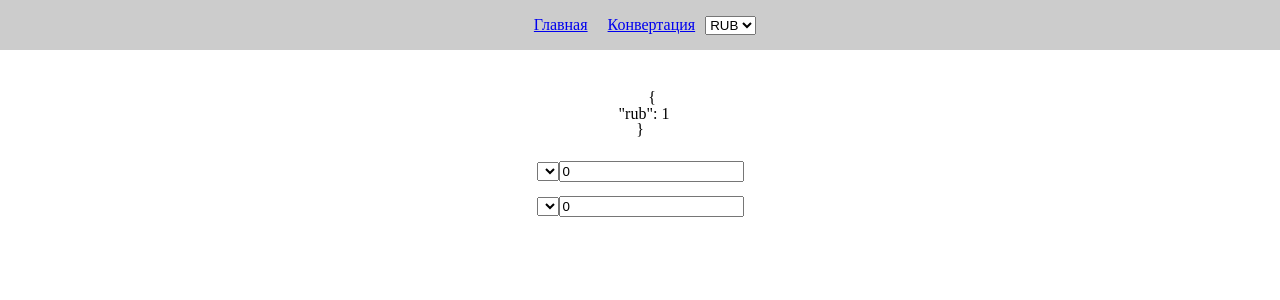
Repository: Friend689/vite-vue-currency-conversion
Page: /convert
The author's editor kept a copy of each file at every save. The page is drawn from the files as they stood at one save, then again after the next save.
The browser window is 1280 px wide. The pictures show the whole page.
The page's requests for data from a server got no answer. The project was rebuilt for these pictures with package versions that can differ from the ones it lists, and the page was loaded fresh each time. No one was signed in, and anything a server would have sent is missing. Also part of the build but not shown: vite.config.js, src/views/Main.vue.

Above is the page before, as saved 2024-09-03 21:37:43.

After the next save:
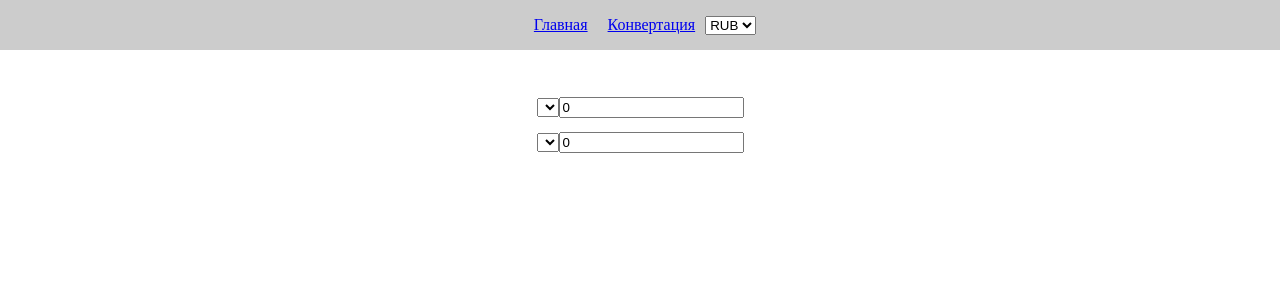
Saved 2 min 49 s later.
--- a/src/views/Convert.vue
+++ b/src/views/Convert.vue
@@ -108,9 +108,6 @@ const convert = (inputType = "from") => {
 
 <template>
   <div class="page-convert">
-    <pre>
-      {{ forTest() }}
-    </pre>
     <form>
       <div>
         <select v-model="fromCurrency" @change="convert('from')">
